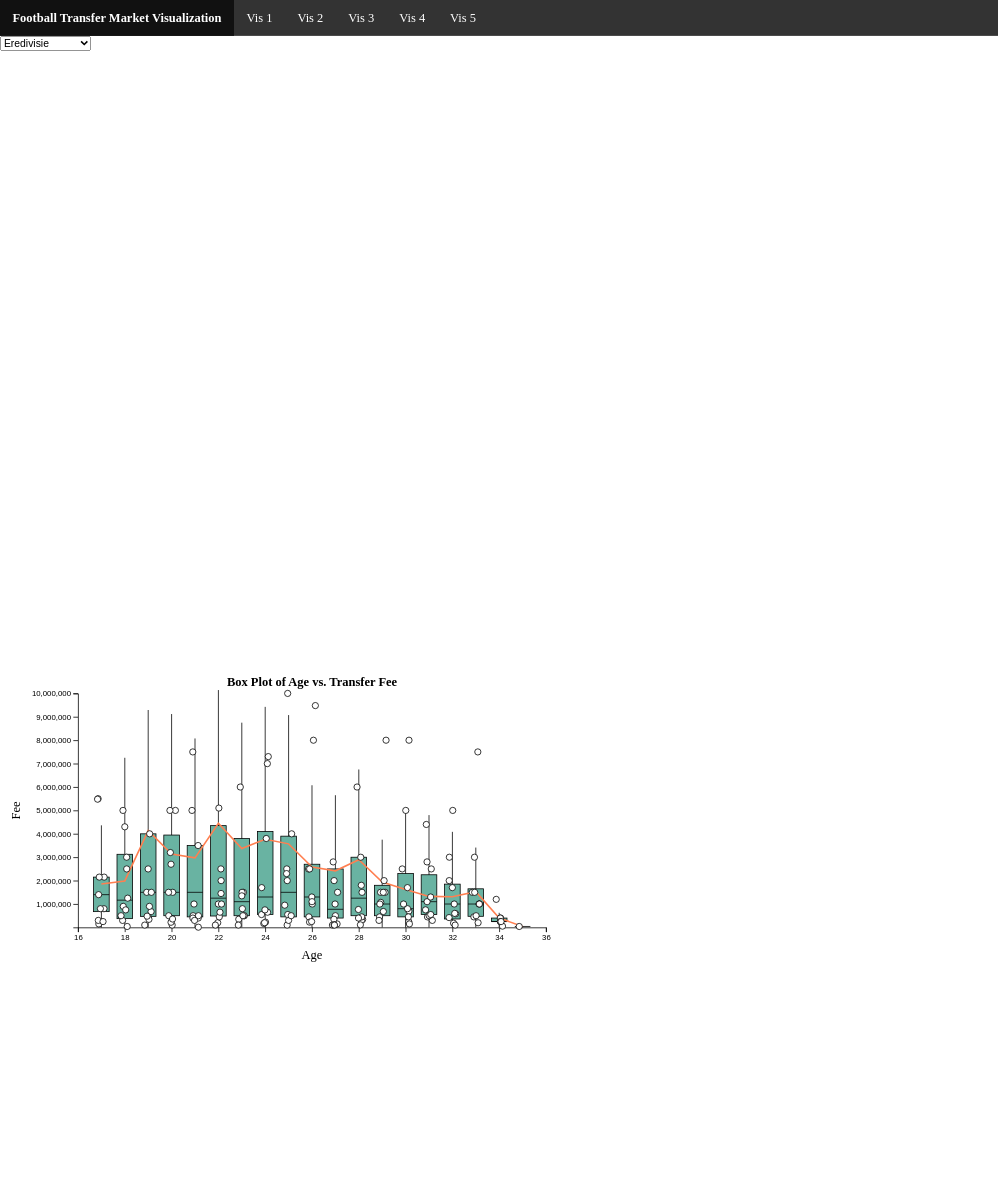
Repository: cedricshan/Football-Transfer-Market-Visualization
Page: dashboard/BoxPlot.html
The author's editor kept a copy of each file at every save. The page is drawn from the files as they stood at one save, then again after a run of saves.
The browser window is 1280 px wide. The pictures show the whole page, at 78% of full size.

Above is the page before, as saved 2023-10-18 21:28:57.

After the next 2 saves:
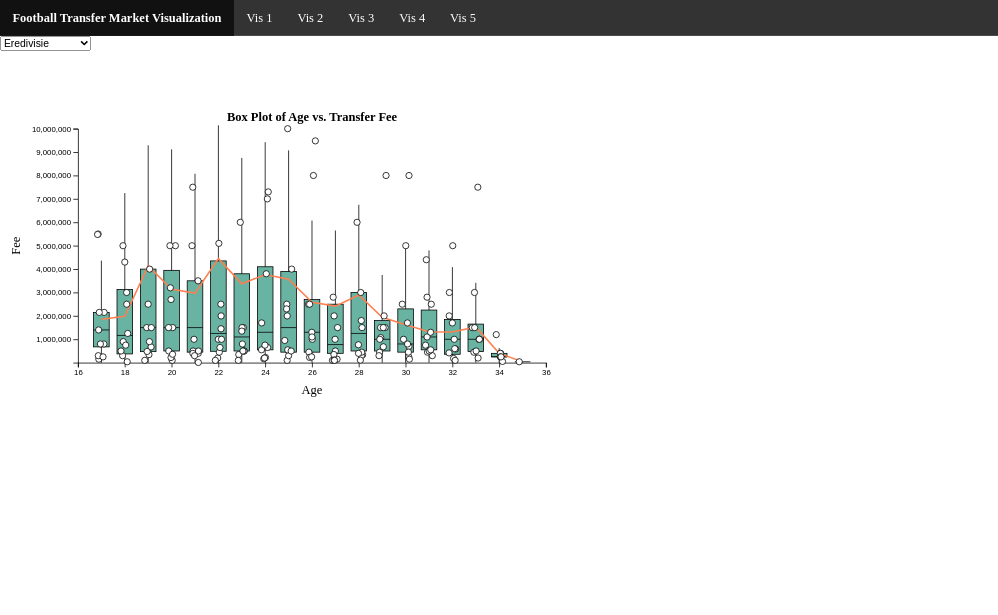
The 2 saves are shown as one change because they came seconds apart.
The last was saved 9 s later.
--- a/dashboard/BoxPlot.js
+++ b/dashboard/BoxPlot.js
@@ -5,6 +5,11 @@
     // The value of the selected option (filename) can be accessed via this.value
     loadAndVisualizeData(this.value);
 });
+var svg = d3.select('body')
+.append('svg')
+.attr('id', 'chartSVG')
+.attr('height', '100%')
+.attr('width', '100%');
 function loadAndVisualizeData(filename) {
         d3.select("#chartSVG").remove();
         d3.csv(filename)
@@ -17,11 +22,7 @@
             });
         })
         .then(processedData => {
-            var svg = d3.select('body')
-                .append('svg')
-                .attr('id', 'chartSVG')
-                .attr('height', '100%')
-                .attr('width', '100%');
+
 
 
             var height = 300;

After the 2 saves that followed:
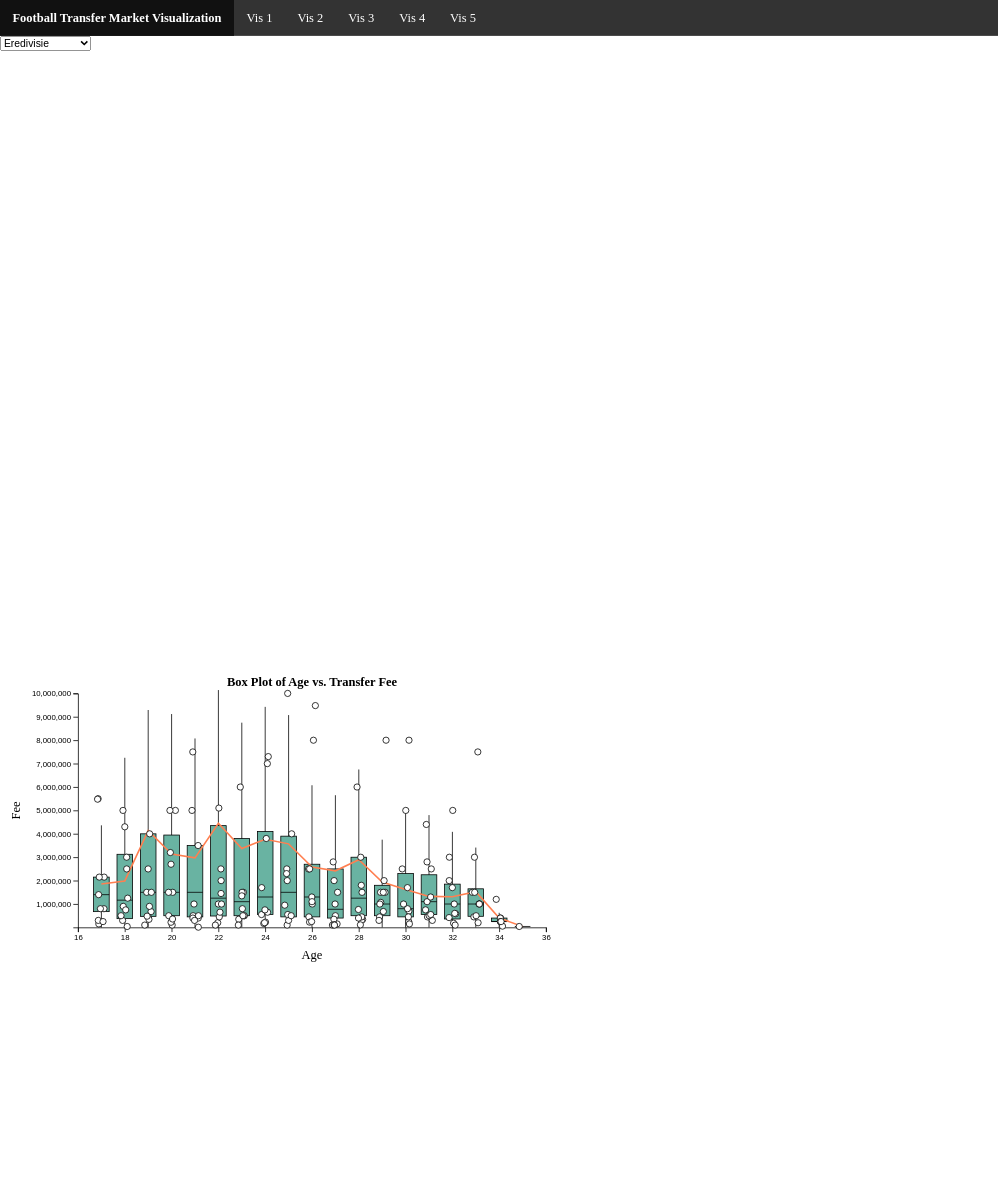
The 2 saves are shown as one change because 1 left the picture as it was.
The last was saved 35 s later.
--- a/dashboard/BoxPlot.js
+++ b/dashboard/BoxPlot.js
@@ -6,12 +6,12 @@
     loadAndVisualizeData(this.value);
 });
 var svg = d3.select('body')
-.append('svg')
-.attr('id', 'chartSVG')
-.attr('height', '100%')
-.attr('width', '100%');
+    .append('svg')
+    .attr('id', 'chartSVG')
+    .attr('height', '100%')
+    .attr('width', '100%');
 function loadAndVisualizeData(filename) {
-        d3.select("#chartSVG").remove();
+
         d3.csv(filename)
         .then(data => {
             return data.map(d => {
